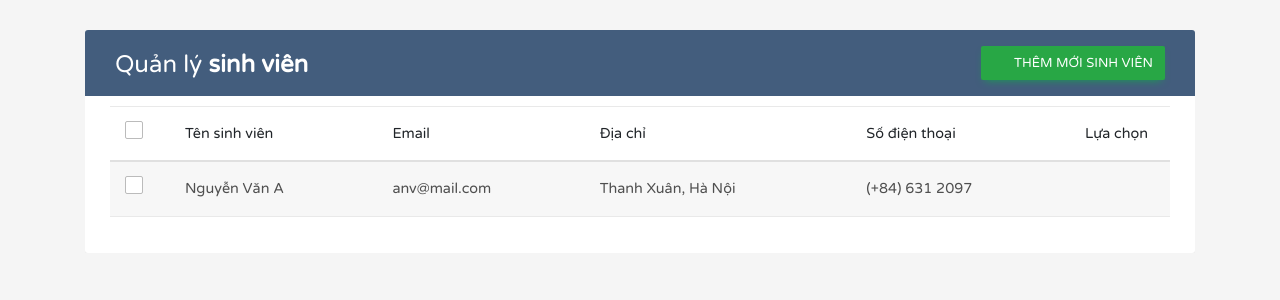
Repository: TinhTT336/MD02_Session06
Page: /
The author's editor kept a copy of each file at every save. The page is drawn from the files as they stood at one save, then again after the next save.
The browser window is 1280 px wide. The pictures show the whole page.
Some web libraries are served in a nearby version. The project was rebuilt for these pictures with package versions that can differ from the ones it lists, and the page was loaded fresh each time. Also part of the build but not shown: vite.config.js, src/App.css, src/mini_project/TodoList.jsx, src/mini_project/Todo.jsx, src/base/Input.jsx, src/base/Radio.jsx, src/base/Checkbox.jsx, src/Homework/AddModal.jsx and 2 more.

Above is the page before, as saved 2023-09-03 12:41:08.

After the next save:
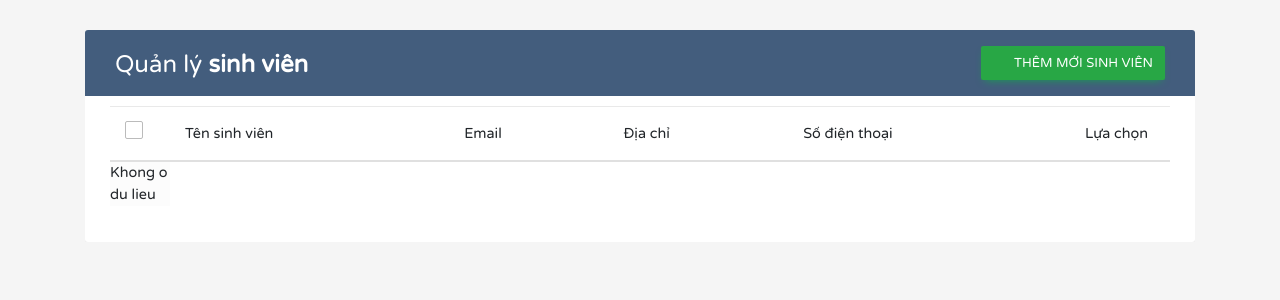
Saved 2 min 2 s later.
--- a/src/Homework/Table.jsx
+++ b/src/Homework/Table.jsx
@@ -60,47 +60,46 @@ export default function Table() {
                                 </tr>
                             </thead>
                             <tbody>
-                                <tr>
-                                    <td>
-                                        <span className="custom-checkbox">
-                                            <input
-                                                type="checkbox"
-                                                id="checkbox5"
-                                                name="options[]"
-                                                defaultValue={1}
-                                            />
-                                            <label htmlFor="checkbox5" />
-                                        </span>
-                                    </td>
-                                    <td>Nguyễn Văn A</td>
-                                    <td>anv@mail.com</td>
-                                    <td>Thanh Xuân, Hà Nội</td>
-                                    <td>(+84) 631 2097</td>
-                                    <td>
-                                        <a href="#editEmployeeModal" className="edit" data-toggle="modal">
-                                            <i
-                                                className="material-icons"
-                                                data-toggle="tooltip"
-                                                title="Edit"
+                                {listStudent.length === 0 ? (<tr>Khong o du lieu</tr>) : (listStudent.map(st => (
+                                    <tr>
+                                        <td>
+                                            <span className="custom-checkbox">
+                                                <input
+                                                    type="checkbox"
+                                                    id="checkbox5"
+                                                    name="options[]"
+                                                />
+                                                <label htmlFor="checkbox5" />
+                                            </span>
+                                        </td>
+                                        <td>Nguyễn Văn A</td>
+                                        <td>anv@mail.com</td>
+                                        <td>Thanh Xuân, Hà Nội</td>
+                                        <td>(+84) 631 2097</td>
+                                        <td>
+                                            <a href="#editEmployeeModal" className="edit" data-toggle="modal">
+                                                <i
+                                                    className="material-icons"
+                                                    title="Edit"
+                                                >
+                                                    
+                                                </i>
+                                            </a>
+                                            <a
+                                                href="#deleteEmployeeModal"
+                                                className="delete"
                                             >
-                                                
-                                            </i>
-                                        </a>
-                                        <a
-                                            href="#deleteEmployeeModal"
-                                            className="delete"
-                                            data-toggle="modal"
-                                        >
-                                            <i
-                                                className="material-icons"
-                                                data-toggle="tooltip"
-                                                title="Delete"
-                                            >
-                                                
-                                            </i>
-                                        </a>
-                                    </td>
-                                </tr>
+                                                <i
+                                                    className="material-icons"
+                                                    data-toggle="tooltip"
+                                                    title="Delete"
+                                                >
+                                                    
+                                                </i>
+                                            </a>
+                                        </td>
+                                    </tr>
+                                )))}
                             </tbody>
                         </table>
                     </div>
